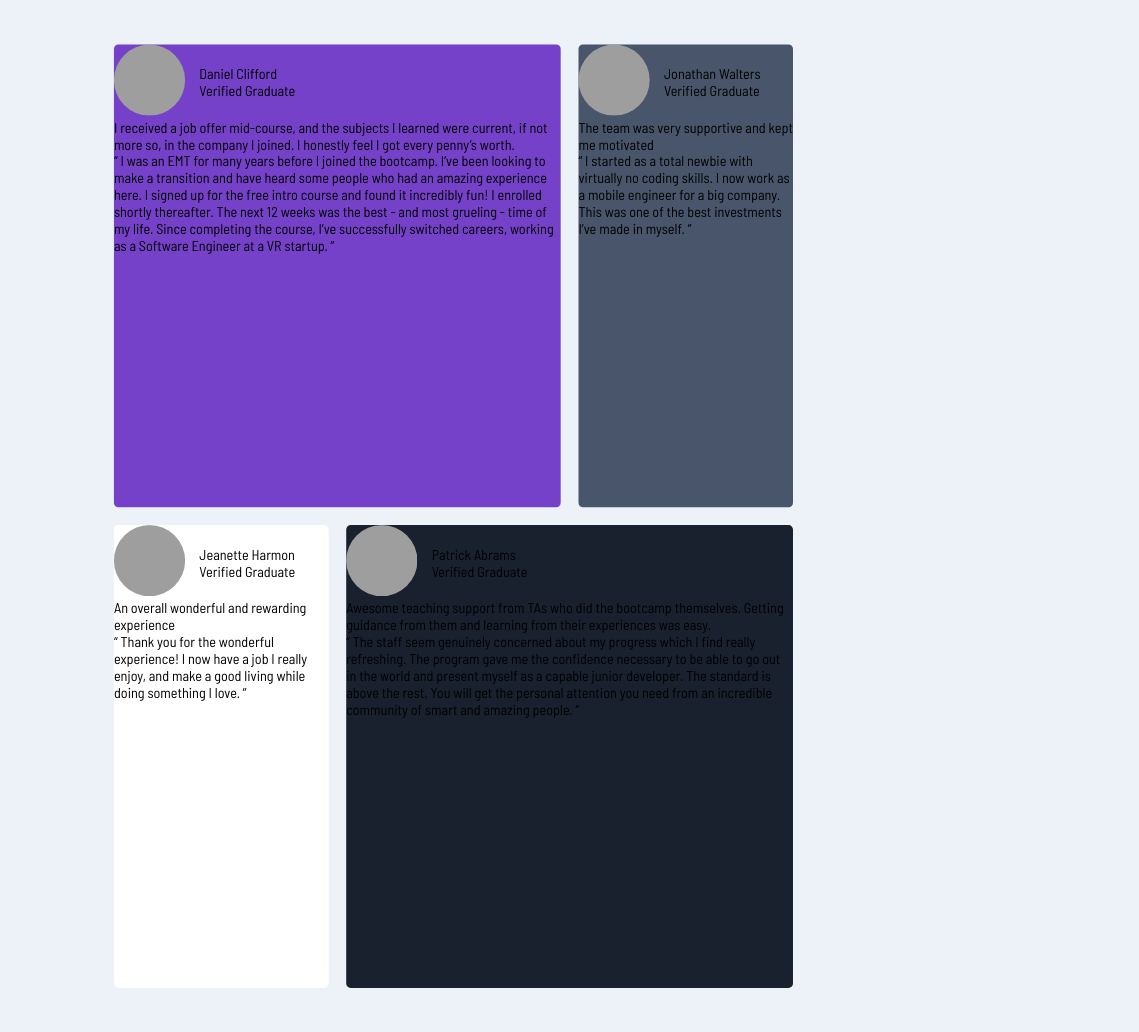
Repository: nptg3105/lab02-testimonials-grid
Page: index.html
The author's editor kept a copy of each file at every save. The page is drawn from the files as they stood at one save, then again after the next save.
The browser window is 1280 px wide. The pictures show the whole page, at 89% of full size.
Pictures or frames that could not be fetched are drawn as grey boxes. The style sheet was rebuilt from its Sass, Less or Tailwind sources for each picture, by a compiler version that may differ from the author's.

Above is the page before, as saved 2021-12-08 05:48:30.

After the next save:
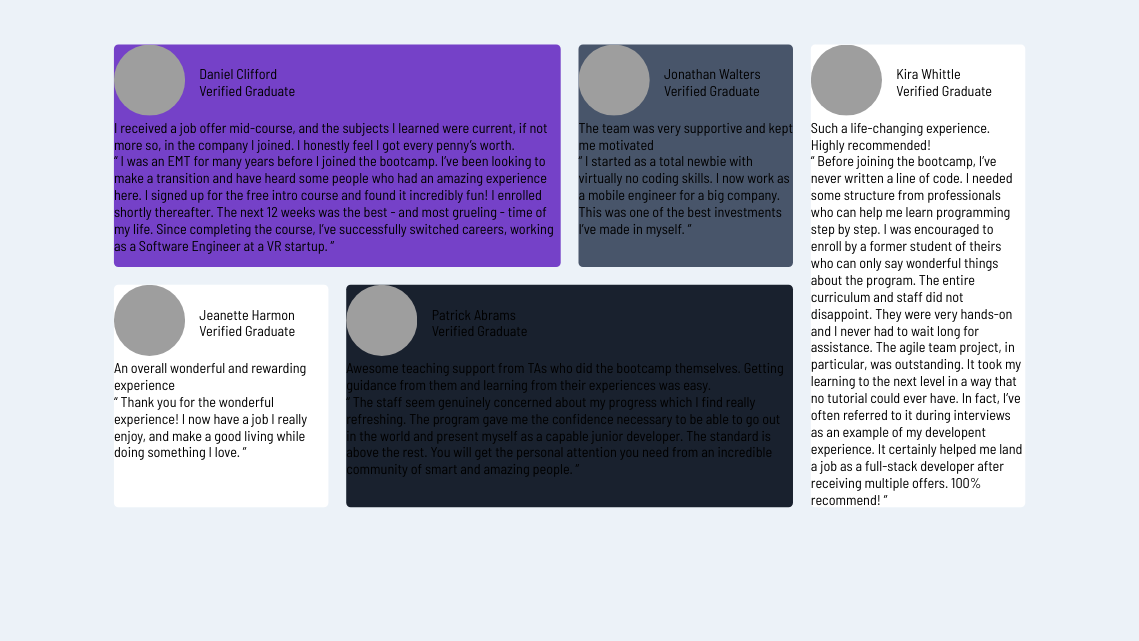
Saved 23 s later.
--- a/index.html
+++ b/index.html
@@ -64,13 +64,7 @@
             best investments I’ve made in myself. ”
           </div>
         </div>
-        <div
-          class="
-            testimonials__item
-            testimonials__item--white
-            testimonials__item--tall
-          "
-        >
+        <div class="testimonials__item testimonials__item--tall">
           <div class="author">
             <div class="author__avatar">
               <img
